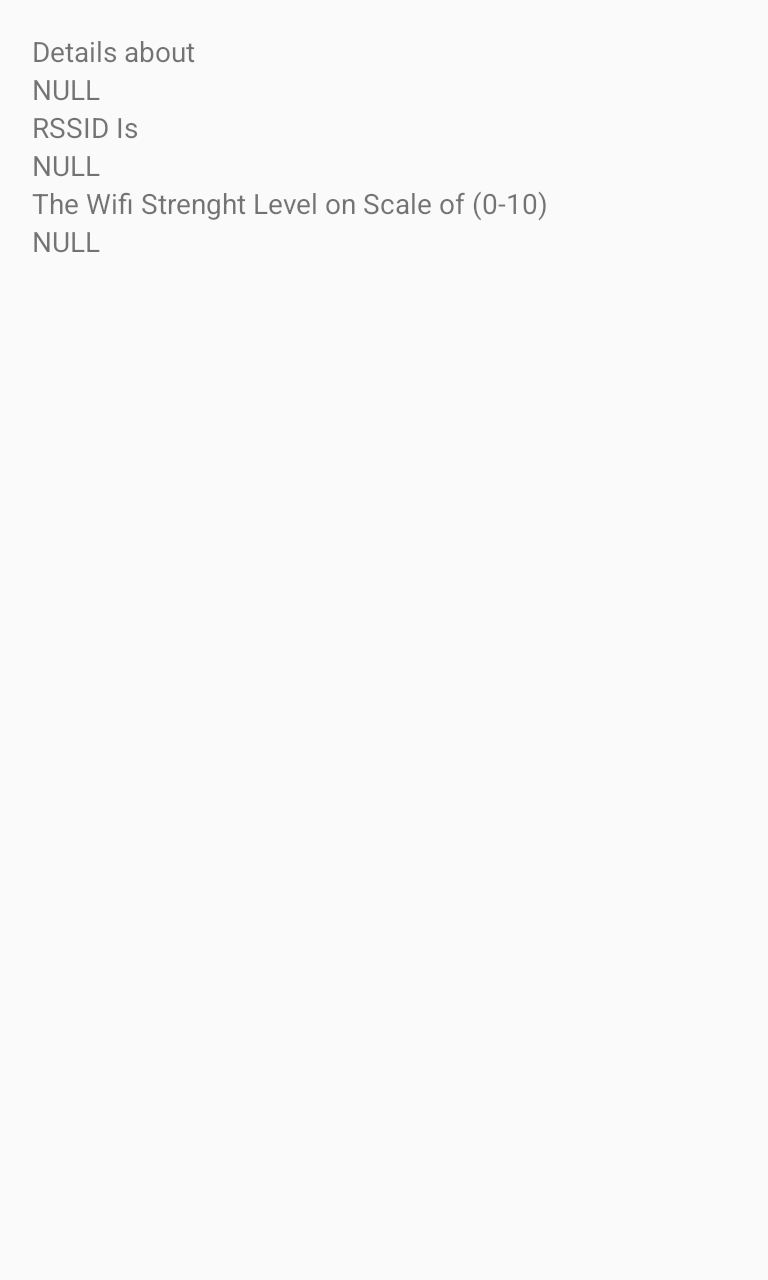
Repository: merylhu/WifiStrenghtChecker
Layout: WifiStrenghtChecker/res/layout/activity_activity2.xml
An editor plug-in stored every save of this project. The layout is shown before and after the next save, followed by the edit.
It is drawn on a 768 x 1280 px phone screen (xhdpi) without system bars, with theme AppTheme; the app's code is not run.

Above is the layout before, as saved 2014-12-18 09:45:28.

### WifiStrenghtChecker/res/layout/activity_activity2.xml
<LinearLayout xmlns:android="http://schemas.android.com/apk/res/android"
    xmlns:tools="http://schemas.android.com/tools"
    android:layout_width="match_parent"
    android:layout_height="match_parent"
    android:orientation="vertical"
    android:paddingBottom="@dimen/activity_vertical_margin"
    android:paddingLeft="@dimen/activity_horizontal_margin"
    android:paddingRight="@dimen/activity_horizontal_margin"
    android:paddingTop="@dimen/activity_vertical_margin"
    tools:context="com.example.wifistrenghtchecker.Activity2" >

    <TextView
        android:layout_width="wrap_content"
        android:layout_height="wrap_content"
        android:text="Details about" />
     <TextView
        android:layout_width="wrap_content"
        android:layout_height="wrap_content"
        android:text="@string/nothing" />
      <TextView
        android:layout_width="wrap_content"
        android:layout_height="wrap_content"
        android:text="RSSID Is" />
      <TextView
        android:layout_width="wrap_content"
        android:layout_height="wrap_content"
        android:text="@string/nothing" />
      <TextView
        android:layout_width="wrap_content"
        android:layout_height="wrap_content"
        android:text="The Wifi Strenght Level on Scale of (0-10)"/>
       <TextView
        android:layout_width="wrap_content"
        android:layout_height="wrap_content"
        android:text="@string/nothing" />

</LinearLayout>

### WifiStrenghtChecker/res/values/strings.xml
<?xml version="1.0" encoding="utf-8"?>
<resources>

    <string name="app_name">WifiStrenghtChecker</string>
    <string name="hello_world">Hello world!</string>
    <string name="action_settings">Settings</string>
    <string name="title_activity_activity2">Activity2</string>
    <string name="nothing">NULL</string>

</resources>

Loaded but not shown: WifiStrenghtChecker/res/values/styles.xml (common file); WifiStrenghtChecker/res/values-v11/styles.xml (common file); WifiStrenghtChecker/res/values-v14/styles.xml (common file); WifiStrenghtChecker/res/values/dimens.xml (common file); WifiStrenghtChecker/res/values-w820dp/dimens.xml (common file)

After the next save:
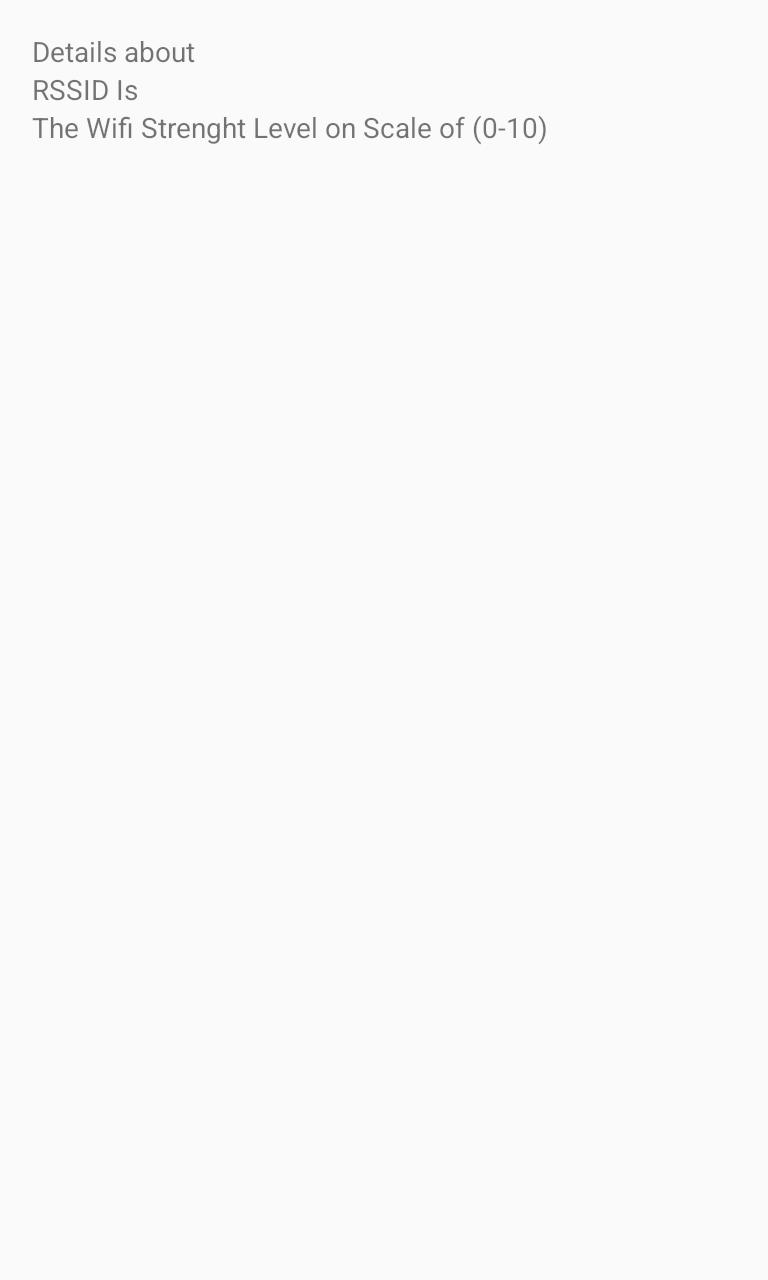
Saved 98 s later.
--- a/WifiStrenghtChecker/res/layout/activity_activity2.xml
+++ b/WifiStrenghtChecker/res/layout/activity_activity2.xml
@@ -10,28 +10,22 @@
     tools:context="com.example.wifistrenghtchecker.Activity2" >
 
     <TextView
+           android:id="@+id/t1"
         android:layout_width="wrap_content"
         android:layout_height="wrap_content"
         android:text="Details about" />
-     <TextView
-        android:layout_width="wrap_content"
-        android:layout_height="wrap_content"
-        android:text="@string/nothing" />
+
       <TextView
+             android:id="@+id/t2"
         android:layout_width="wrap_content"
         android:layout_height="wrap_content"
         android:text="RSSID Is" />
+
       <TextView
-        android:layout_width="wrap_content"
-        android:layout_height="wrap_content"
-        android:text="@string/nothing" />
-      <TextView
+             android:id="@+id/t3"
         android:layout_width="wrap_content"
         android:layout_height="wrap_content"
         android:text="The Wifi Strenght Level on Scale of (0-10)"/>
-       <TextView
-        android:layout_width="wrap_content"
-        android:layout_height="wrap_content"
-        android:text="@string/nothing" />
+
 
 </LinearLayout>
